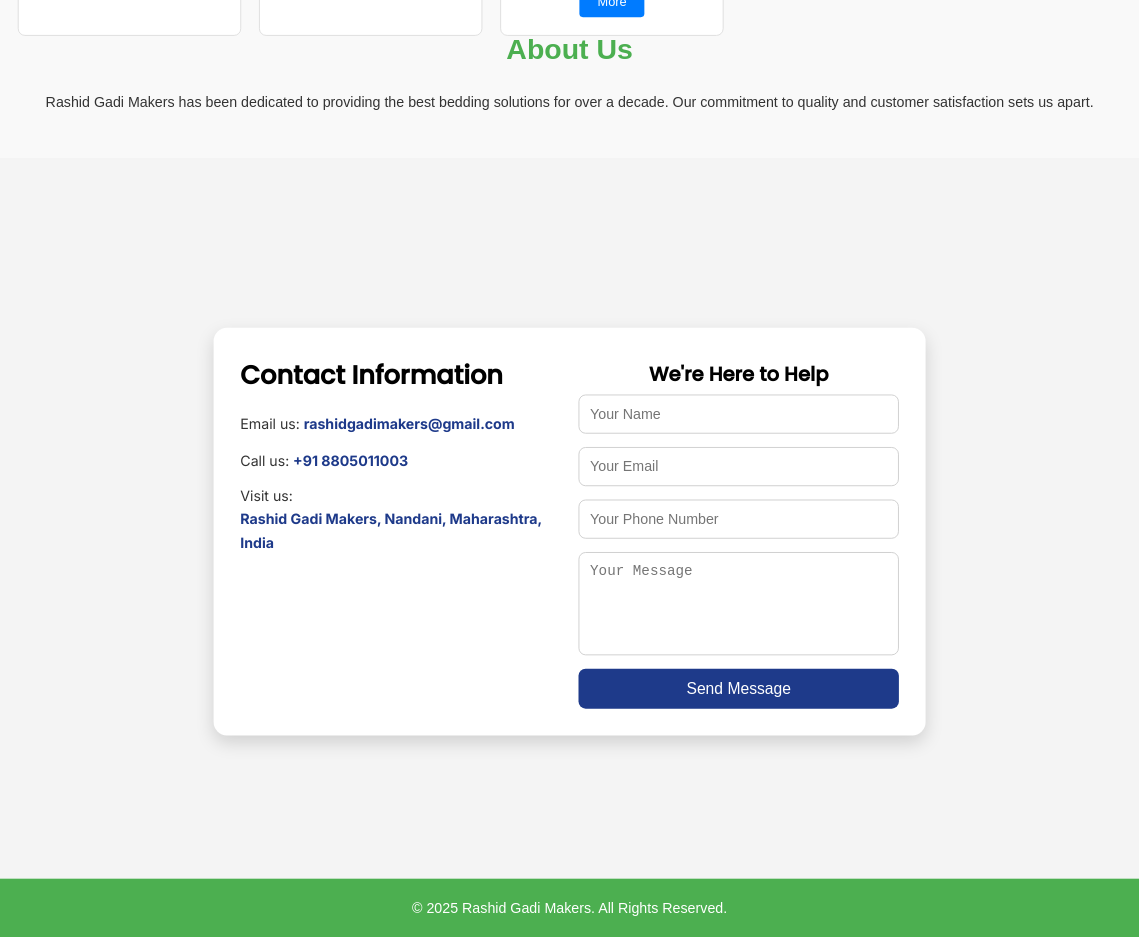
Repository: nadafgroup/rashidgadiUI
Page: src/home.html
An editor plug-in stored every save of this project. The page is shown before and after the next save, followed by the edit.
The browser window is 1280 px wide. The pictures show the part of the page from y = 1325 to 2480 px (the page is 2378 px tall before and 2480 px after), at 89% of full size.
A picture or video elsewhere on the page could not be fetched, so the positions and the page height are approximate.

Above is the page before, as saved 2025-01-24 13:25:23.

### src/home.html
<!DOCTYPE html>
<html lang="en">
<head>
    <meta charset="UTF-8">
    <meta name="viewport" content="width=device-width, initial-scale=1.0">
    <title>Rashid Gadi Makers</title>
   <link rel="stylesheet" href="./home.css">
</head>
<body>
    <!-- Navbar -->
    <nav class="navbar">
        <div class="logo">

            <img src="../assets/img/nadaf.png" alt="">
        </div>
        <ul>
            <li><a href="#home">Home</a></li>
            <li><a href="#services">Services</a></li>
            <li><a href="#about">About Us</a></li>
            <li><a href="#contact">Contact Us</a></li>
        </ul>
    </nav>

    <!-- Hero Section -->
    <div class="hero" id="home">
        <div class="content">
            <h1>Welcome to Rashid Gadi Makers</h1>
            <p>Your one-stop solution for premium mattresses and pillows.</p>
        </div>
    </div>

 <!-- Services Section -->
<section class="services" id="services">
    <div class="container">
        <!-- Row for layout -->
        <div class="row">
            <!-- Image on the left -->
            <div class="services-image">
                <img src="../assets/img/11288324.png" alt="Services Image" />
            </div>
            <!-- Services content on the right -->
            <div class="services-content">
                <div class="text">
                <h2>Our Services</h2>
                <p>
                    We specialize in crafting high-quality mattresses, pillows, and other bedding
                    essentials to enhance your comfort and well-being.
                </p>
            </div>
                <!-- Services cards -->
                <div class="services-container">
                    <div class="service-card">
                        <h3>Bed Mattresses</h3>
                        <p>Experience unparalleled comfort with our premium bed mattresses, designed for restful nights.</p>
                        <button class="btn-more" onclick="openBed()">More</button>
                    </div>
                    <div class="service-card">
                        <h3>Pillows</h3>
                        <p>Luxurious and ergonomic pillows to ensure the perfect head and neck support.</p>
                        <button class="btn-more" onclick="openPillow()">More</button>
                    </div>
                    <div class="service-card">
                        <h3>Sofa Mattresses</h3>
                        <p>Custom-made sofa mattresses, combining style and comfort for your living space.</p>
                        <button class="btn-more" onclick="openSofa()">More</button>
                    </div>
                    <div class="service-card">
                        <h3>Mattress Repair</h3>
                        <p>Extend the life of your mattresses with our professional repair services.</p>
                        <button class="btn-more" onclick="openRepair()">More</button>
                    </div>
                    <div class="service-card">
                        <h3>Mattress Rent</h3>
                        <p>Rent hygienic, premium mattresses for temporary comfort ideal for guests, events, or short stays!</p>
                        <button class="btn-more" onclick="openRent()">More</button>
                    </div>

                    <div class="service-card">
                        <h3>Furniture</h3>
                        <p>"Discover stylish sofas, wardrobes, beds, and sofa beds in our furniture sale quality and comfort at great prices!"</p>
                        <button class="btn-more">More</button>
                    </div>
                </div>
            </div>
        </div>
    </div>
</section>




    <!-- About Us Section -->
    <section id="about">
        <h2>About Us</h2>
        <p>Rashid Gadi Makers has been dedicated to providing the best bedding solutions for over a decade. Our commitment to quality and customer satisfaction sets us apart.</p>
    </section>

    <!-- Contact Section -->
    <section id="contact">
        <div class="contacts-card">
            <div class="contact-page">
              <div class="main-content">
                  <div class="contact-card">
                      <div class="left-section">
                          <h2>Contact Information</h2>
                          <p>Email us: <a href="mailto:rashidgadimakers@gmail.com">rashidgadimakers@gmail.com</a></p>
                          <p>Call us: <a href="https://wa.me/+918805011003" target="_blank">+91 8805011003</a></p>
                          <p>Visit us:<br> <a href="https://maps.app.goo.gl/m8q8q5HykzyQH5MR8" target="_blank"> Rashid Gadi Makers, Nandani, Maharashtra, India</a>
                           </p>
                      </div>

                      <div class="form-section">
                        <h2>We're Here to Help</h2>

                            <form action="https://api.web3forms.com/submit"  method="POST">

                              <!-- Web3Forms Access Key -->
                              <input type="hidden" name="apikey" value="6542ae57-249f-4950-9753-bf0288999d5a">
                              <input type="text"  name="name" id="name" placeholder="Your Name" required>
                              <input type="email"  name="email" id="email"  placeholder="Your Email" required>
                              <input type="phone"  name="phone" id="phone" placeholder="Your Phone Number" maxlength="10"
                              oninput="validatePhone(this)"  required>
                              <textarea rows="5" id="message"  name="message" placeholder="Your Message" required></textarea>
                              <button type="submit" >Send Message</button>
                          </form>
                      </div>
                  </div>
              </div>


          </div>
        </div>
    </section>

    <!-- Footer -->
    <footer>
        <p>&copy; 2025 Rashid Gadi Makers. All Rights Reserved.</p>
    </footer>
</body>
<script src="./home.js"></script>
</html>

### src/home.css
@font-face {
    font-family: 'poppins';
    src: url('../assets/fonts/Poppins/Poppins-Medium.ttf') format('truetype');
}



@font-face {
    font-family: 'inter';
    src: url('../assets/fonts/Inter/Inter-VariableFont_opsz\,wght.ttf') format('truetype');
}

@font-face {
    font-family: 'Exo';
    src: url('../assets/fonts/Exo2-VariableFont_wght.ttf') format('truetype');
}

 /* Reset and Basic Styling */
 * {
    margin: 0;
    padding: 0;
    box-sizing: border-box;
}

body {
    font-family: Arial, sans-serif;
    line-height: 1.6;
    background-color: #f9f9f9;
    color: #333;
}

/* Navbar Styles */
.navbar {
    display: flex;
    justify-content: space-between;
    align-items: center;
    padding: 10px 20px;
    background-color: #4CAF50;
    color: white;
    position: sticky;
    top: 0;
    z-index: 1000;
}

.navbar .logo {
    font-size: 1.5rem;
    font-weight: bold;
}

.navbar ul {
    list-style: none;
    display: flex;
}

.navbar ul li {
    margin: 0 15px;
}

.navbar ul li a {
    text-decoration: none;
    color: white;
    transition: color 0.3s;
}

.navbar ul li a:hover {
    color: #ddd;
}

.logo img{
    width: auto;
    height: 50px;
}

/* Hero Section */
.hero {
    display: flex;
    justify-content: center;
    align-items: center;
    text-align: center;
    background: url('../assets/img/1.png') no-repeat center center/cover;
    /* color: white; */
    height: 70vh;
    padding: 20px;
    animation: fadeIn 1.5s ease-in-out;
}

@keyframes fadeIn {
    from {
        opacity: 0;
        transform: translateY(-20px);
    }
    to {
        opacity: 1;
        transform: translateY(0);
    }
}



.content{
    backdrop-filter: blur(1px) saturate(180%);
    -webkit-backdrop-filter: blur(1px) saturate(180%);
    background-color: rgba(255, 255, 255, 0.74);
    border-radius: 12px;
    border: 1px solid rgba(209, 213, 219, 0.3);
    padding: 20px;
}

.content h1 {
    font-size: 3rem;
    background: linear-gradient(to right, #5c5cbe, #2b84c4);
    -webkit-background-clip: text;
    -webkit-text-fill-color: transparent;
    font-family: 'poppins';
}

.content p {
    font-size: 1.2rem;
    font-family: 'inter';

}

/* service */
/* Services Section Styling */




.services {
    padding: 0px 0;
    background-color: #f9f9f9;
}

.container {
    height: 100vh;
    background-color: #d9e8f2;
    display: flex;
    flex-direction: row;
    /* align-items: center; */

}



.services-image img {
    max-width: 100%;
    height: auto;
    border-radius: 8px;
    margin-top: 30vh;
}



.row {
    display: flex;
    flex-wrap: wrap; /* Allows content to wrap if needed */
    width: 100%;

}

.services-image {
    flex: 1;
    order: 2; /* Ensures the image appears on the right */
    text-align: center;
}

.services-content {
    flex: 2;
    order: 1; /* Ensures the content is on the left */
    padding-right: 30px; /* Adds space between content and image */
    margin-top: 17vh;

}

/* Adjusts the services-container for the card layout */
.services-container {
    display: grid;
    grid-template-columns: repeat(3, 1fr); /* 3 cards per row */
    gap: 20px;
    padding: 20px;

}

/* Media queries for responsiveness */
@media (max-width: 992px) {
    .row {
        flex-direction: column; /* Stacks the image and content in a column for smaller screens */
    }

    .services-content, .services-image {
        order: unset; /* Resets the order for better stacking */
        flex: unset; /* Ensures both elements take full width */
        width: 100%;
    }

    .services-container {
        grid-template-columns: repeat(2, 1fr); /* 2 cards per row on medium screens */
    }
}

@media (max-width: 576px) {
    .services-container {
        grid-template-columns: repeat(1, 1fr); /* 1 card per row on small screens */
    }
}

.text{
    text-align: left;
    padding: 20px;
}

.text h2 {

    font-size: 2rem;
    color: #333;
    font-family: 'poppins';
    margin-bottom: 0px;
}

.text p {
    font-size: 1rem;

    color: #666;
    font-family: 'inter';
}


.service-card {
    background: #fff;
    border: 1px solid #ddd;
    border-radius: 8px;
    padding: 20px;
    text-align: center;
    transition: box-shadow 0.3s ease;
}

.service-card:hover {
    box-shadow: 0 4px 8px rgba(0, 0, 0, 0.1);
}

.service-card h3 {
    margin-bottom: 10px;
    font-size: 1.2rem;
    color: #333;
    font-family: 'Exo';
}

.service-card p {
    font-size: 0.9rem;
    margin-bottom: 15px;
    color: #666;
    font-family: 'inter';
}

.btn-more {
    padding: 10px 20px;
    background: #007bff;
    color: #fff;
    border: none;
    border-radius: 4px;
    cursor: pointer;
    font-size: 0.9rem;
}

.btn-more:hover {
    background: #0056b3;
}


/* Section Styles */
section {
    padding: 50px 20px;
    text-align: center;
}

section h2 {
    margin-bottom: 20px;
    font-size: 2rem;
    color: #4CAF50;
}

.gallery {
    display: flex;
    flex-wrap: wrap;
    justify-content: center;
    gap: 20px;
}

.gallery img {
    width: 300px;
    height: 200px;
    object-fit: cover;
    border-radius: 10px;
}

/* Footer Styles */
footer {
    text-align: center;
    padding: 20px;
    background-color: #4CAF50;
    color: white;
}

/* Responsive Design */
@media (max-width: 768px) {
    .hero h1 {
        font-size: 2.5rem;
    }

    .gallery img {
        width: 100%;
        max-width: 400px;
    }
}

/* contact */

/* General Styles */

#contact{
    background-color: #f4f4f4;
}

.contact-page {
    display: flex;
    flex-direction: column;
    /* margin-top: 20px; */
    min-height: calc(100vh - 40px);
    /* width: 100%; */
    /* background-color: #000; */



}

.contacts-card {
    width: 100%;
    padding-top: 30px;
}

.main-content {
    flex: 1;
    display: flex;
    justify-content: center;
    align-items: center;
}


.contact-card {
    background: white;
    padding: 30px;
    border-radius: 15px;
    box-shadow: 0 8px 20px rgba(0, 0, 0, 0.15);
    max-width: 800px;
    width: 100%;
    display: flex;
    flex-wrap: wrap;
    gap: 20px;
}

.contact-card .left-section {
    flex: 1;
    min-width: 300px;

}

.contact-card .left-section h2 {
    font-family: 'Poppins';
    font-size: 1.8rem;
    color: #000000;
    text-align: left;
}

.contact-card .left-section p {
    font-size: 1rem;
    margin: 15px 0;
    line-height: 1.6;
    font-family: 'Inter';
    text-align: left;
}

.contact-card .left-section a {
    color: #1e3a8a;
    text-decoration: none;
    font-weight: bold;
    text-align: left;
}

.contact-card .left-section a:hover {
    text-decoration: underline;
}

.contact-card .form-section {
    flex: 1;
    min-width: 300px;
}

.contact-card .form-section form {
    display: flex;
    flex-direction: column;
    gap: 15px;
}

.contact-card .form-section form input,
.contact-card .form-section form textarea {
    width: 100%;
    padding: 12px;
    font-size: 1rem;
    border: 1px solid #ccc;
    border-radius: 8px;
    outline: none;
}

.contact-card .form-section form textarea {
    resize: none;
}

.contact-card .form-section form button {
    padding: 12px;
    background-color: #1e3a8a;
    color: white;
    border: none;
    border-radius: 8px;
    font-size: 1.1rem;
    cursor: pointer;
    transition: background-color 0.3s ease;
}

.contact-card .form-section form button:hover {
    background-color: #163574;
}

.form-section h2 {
    font-family: 'Poppins';
    font-size: 22px;
    color: #000000;
    margin-left: 0px;
    margin: 5px;
}

@media (max-width: 768px){
    .contact-card{
        margin: 20px;
        border-radius: 9px;
    }
}

@media (max-width: 425px) {
    .contacts-card{
        margin-top: 70%;
        padding-top: 0px;
        height: calc(100vh - 0px);
    }
}

### src/home.js
 // Function to handle the button click event
 function openBed() {
   window.location.href = 'bed.html';
 }

 function openPillow() {
   window.location.href = 'pillow.html';
 }

 function openSofa() {
   window.location.href = 'sofa.html';
 }


 function openRepair() {
   window.location.href = 'repair.html';
 }

 function openRent() {
   window.location.href = 'rent.html';
 }

After the next save:
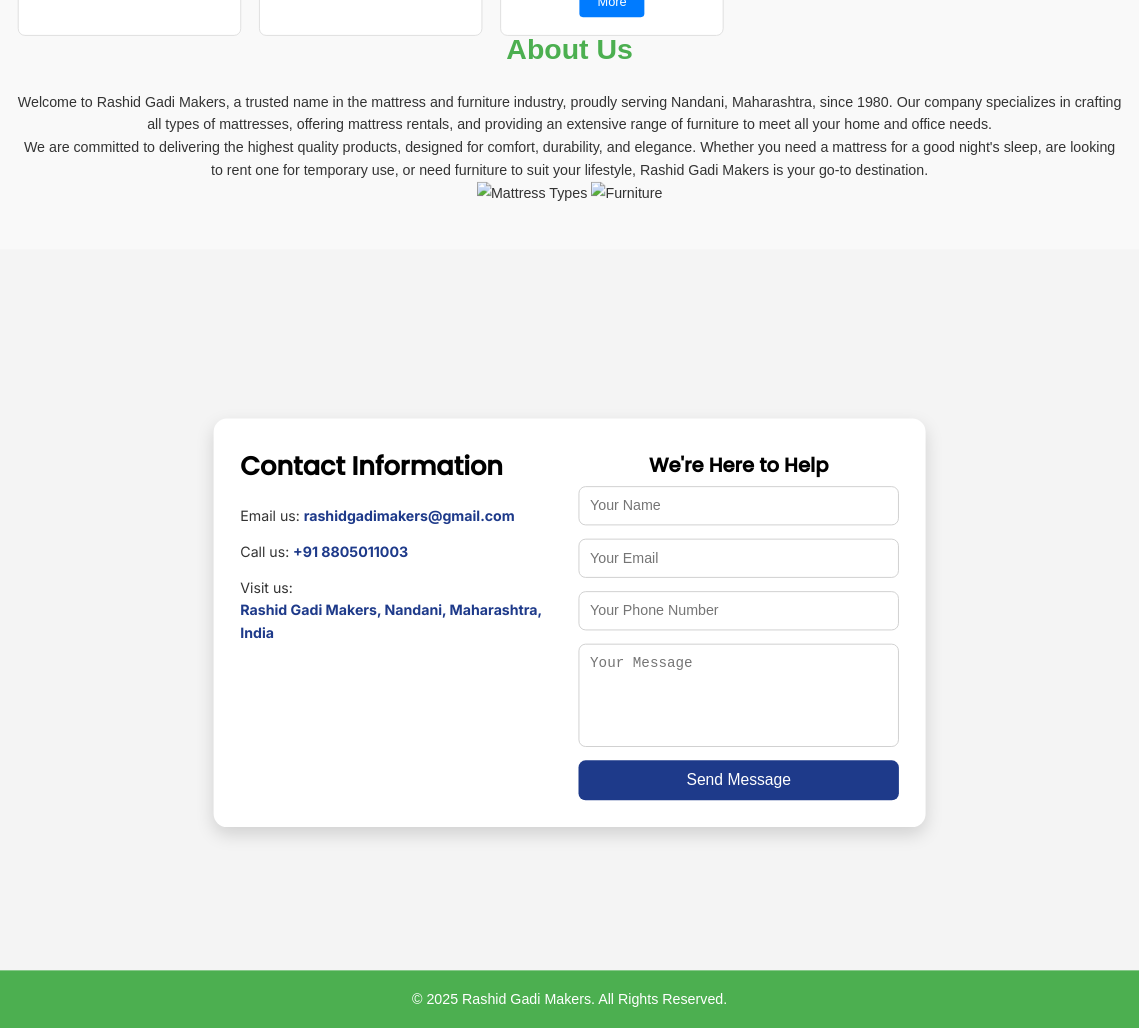
Not found: src/furniture1.jpg
Not found: src/mattress1.jpg
Saved 3 min 25 s later.
--- a/src/home.html
+++ b/src/home.html
@@ -92,7 +92,13 @@
     <!-- About Us Section -->
     <section id="about">
         <h2>About Us</h2>
-        <p>Rashid Gadi Makers has been dedicated to providing the best bedding solutions for over a decade. Our commitment to quality and customer satisfaction sets us apart.</p>
+        <p>Welcome to Rashid Gadi Makers, a trusted name in the mattress and furniture industry, proudly serving Nandani, Maharashtra, since 1980. Our company specializes in crafting all types of mattresses, offering mattress rentals, and providing an extensive range of furniture to meet all your home and office needs.</p>
+        <p>We are committed to delivering the highest quality products, designed for comfort, durability, and elegance. Whether you need a mattress for a good night's sleep, are looking to rent one for temporary use, or need furniture to suit your lifestyle, Rashid Gadi Makers is your go-to destination.</p>
+
+        <div class="images">
+            <img src="mattress1.jpg" alt="Mattress Types" class="img-fluid">
+            <img src="furniture1.jpg" alt="Furniture" class="img-fluid">
+        </div>
     </section>
 
     <!-- Contact Section -->
